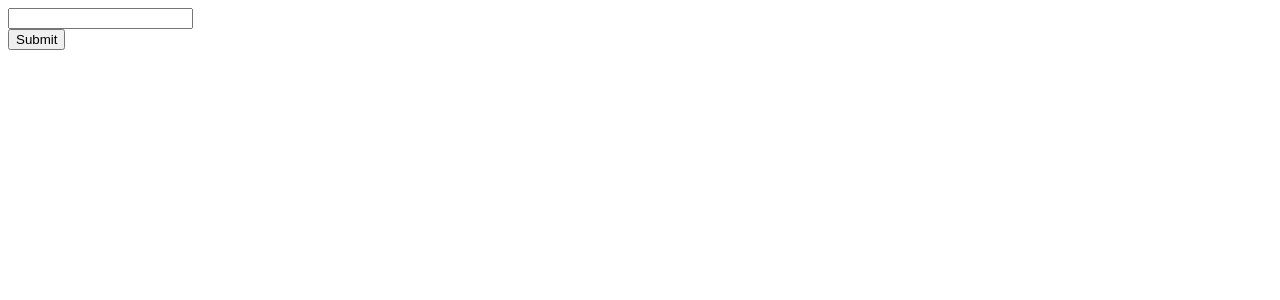
Repository: egniz/egniz
Page: HelloWorld/WebContent/doget.html
The author's editor kept a copy of each file at every save. The page is drawn from the files as they stood at one save, then again after the next save.
The browser window is 1280 px wide. The pictures show the whole page.

Above is the page before, as saved 2020-01-13 05:15:16.

### HelloWorld/WebContent/doget.html
<!DOCTYPE html>
<html>
<head>
<meta charset="EUC-KR">
<title>Insert title here</title>
</head>
<body>

<form action="ys1" method="get">
	<input name="pw"><br>
	<input type="submit">
</form>

</body>
</html>

After the next save:
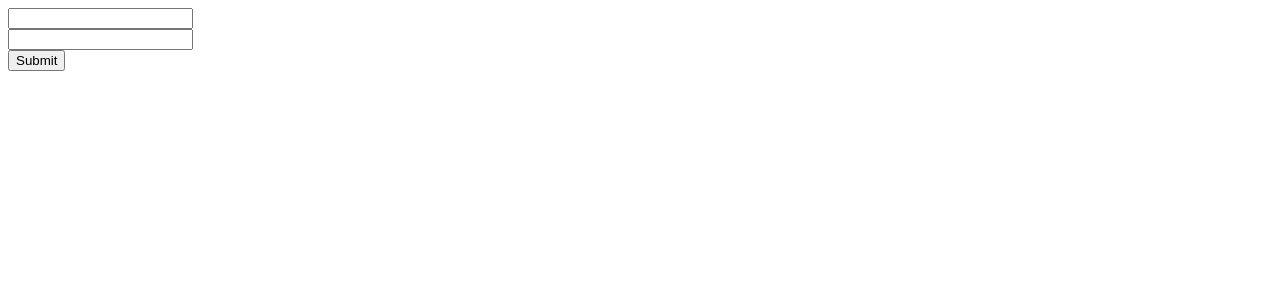
Saved 18 s later.
--- a/HelloWorld/WebContent/doget.html
+++ b/HelloWorld/WebContent/doget.html
@@ -7,7 +7,8 @@
 <body>
 
 <form action="ys1" method="get">
-	<input name="pw"><br>
+	<input name="name"><br>
+	<input name="age"><br>
 	<input type="submit">
 </form>
 
